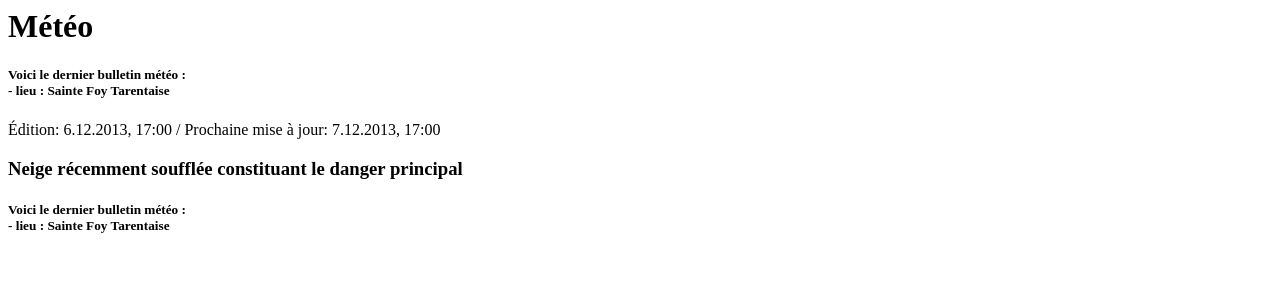
Repository: numericgraphics/Rosiere_Service
Page: www/templates/meteo.html
The author's editor kept a record of every edit. The page is drawn from the files as they stood at one moment, then again after the next edit.
The browser window is 1280 px wide. The pictures show the whole page.

Above is the page before.

After the next edit:
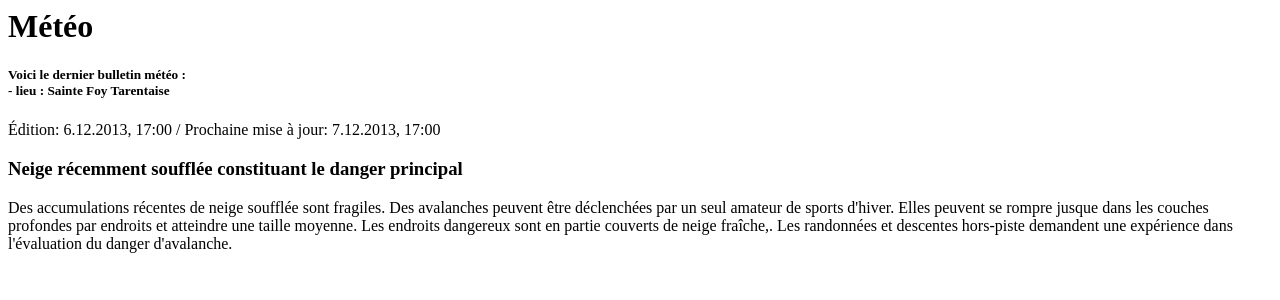
The edit:
--- a/www/templates/meteo.html
+++ b/www/templates/meteo.html
@@ -13,7 +13,14 @@
           </div>
           <div class="item item-text-wrap item-button-right">
             <h3>Neige récemment soufflée constituant le danger principal</h3>
-            <h5>Voici le dernier bulletin météo :  </br>- lieu : Sainte Foy Tarentaise</h5>
+            <a>Des accumulations récentes de neige soufflée sont
+              fragiles. Des avalanches peuvent être déclenchées
+              par un seul amateur de sports d'hiver. Elles peuvent
+              se rompre jusque dans les couches profondes par
+              endroits et atteindre une taille moyenne. Les endroits
+              dangereux sont en partie couverts de neige fraîche,. Les
+              randonnées et descentes hors-piste demandent une
+              expérience dans l'évaluation du danger d'avalanche.</h5>
           </div>
         </div>
         </ion-content>
